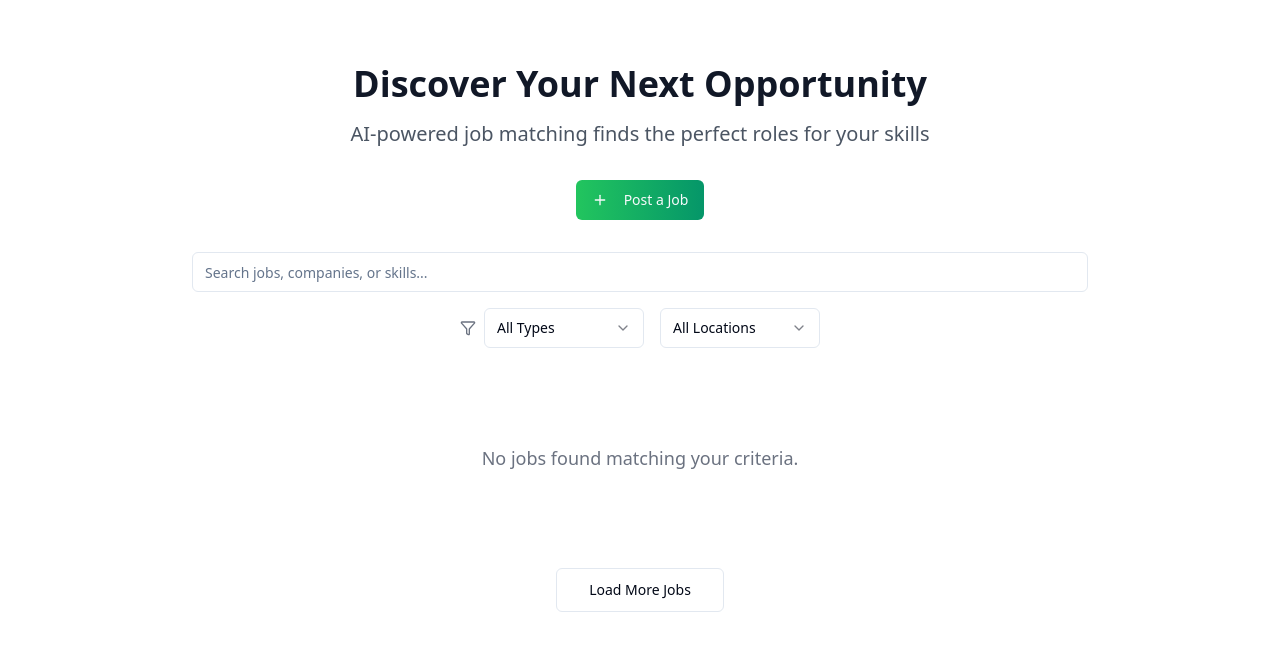
Repository: anjalikumari2207/connect-career-future
Page: /jobs (app in client/)
An editor plug-in stored every save of this project. The page is shown before and after the next save, followed by the edit.
The browser window is 1280 px wide. The pictures show the whole page.
The page's requests for data from a server got no answer. The project was rebuilt for these pictures with package versions that can differ from the ones it lists, and the page was loaded fresh each time. No one was signed in, and anything a server would have sent is missing. Also part of the build but not shown: client/vite.config.ts, client/src/components/ui/tooltip.tsx, client/src/components/ui/card.tsx, client/src/components/ui/badge.tsx, client/src/components/ui/avatar.tsx, client/src/components/Navigation.tsx, client/src/components/HeroSection.tsx, client/src/components/JobFeed.tsx and 8 more. Imported but missing from the stored project, and not drawn on this page: client/src/components/AIFeatures, client/src/components/WalletConnect.

Above is the page before, as saved 2025-07-08 01:04:13.

After the next save:
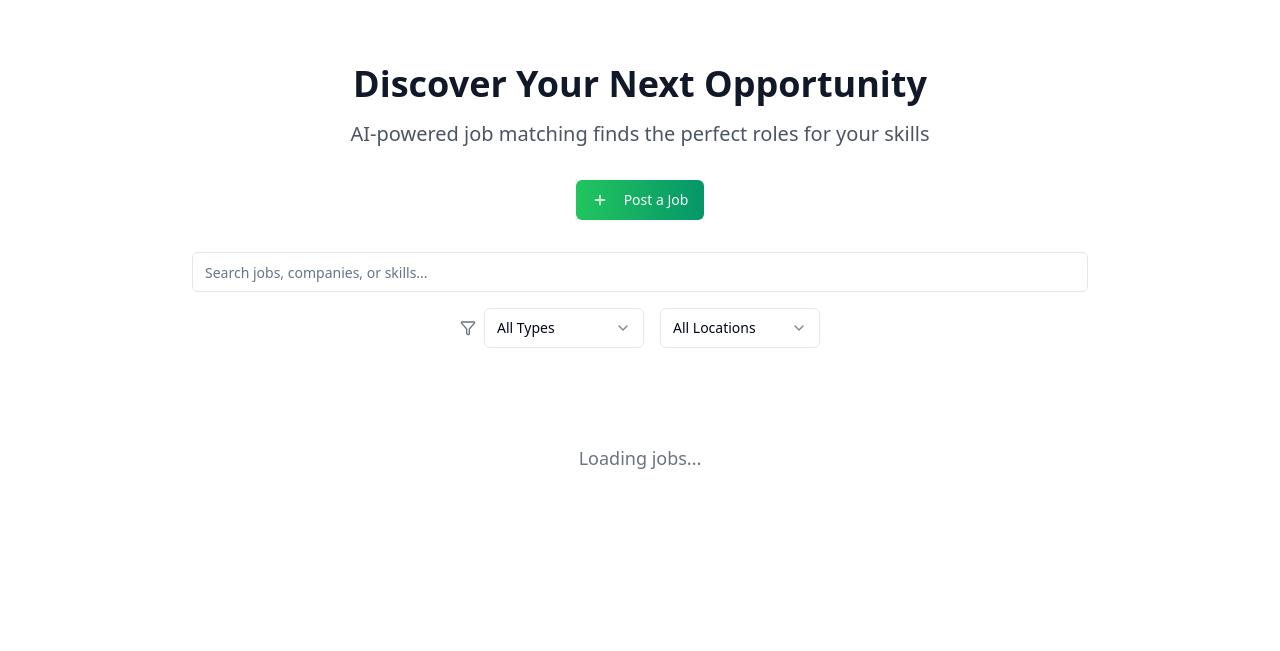
Saved 6 min 54 s later.
--- a/client/src/pages/JobFeed.tsx
+++ b/client/src/pages/JobFeed.tsx
@@ -17,11 +17,9 @@ import {
   SelectValue,
 } from "@/components/ui/select";
 import { Filter, Plus, Zap } from "lucide-react";
-import { useEffect, useState } from "react";
-import axios from "@/api/axios";
+import { useState } from "react";
 import { useQuery } from "@tanstack/react-query";
 import { fetchJobs } from "@/api/job";
-
 
 interface JobFeedProps {
   onPostJob?: () => void;
@@ -31,27 +29,14 @@ const JobFeed = ({ onPostJob }: JobFeedProps) => {
   const [searchTerm, setSearchTerm] = useState("");
   const [jobType, setJobType] = useState("all");
   const [location, setLocation] = useState("all");
-  const [jobs, setJobs] = useState<any[]>([]);
-  const [loading, setLoading] = useState(true);
-
-  // 🔁 Fetch jobs from backend
-  useEffect(() => {
-    const fetchJobs = async () => {
-      try {
-        const res = await axios.get("/jobs");
-        setJobs(res.data);
-      } catch (err) {
-        console.error("Failed to fetch jobs", err);
-      } finally {
-        setLoading(false);
-      }
-    };
-
-    fetchJobs();
-  }, []);
-
-  // 🔍 Filter logic
-  const filteredJobs = jobs.filter((job) => {
+
+  const {
+    data: jobs = [],
+    isLoading,
+    isError,
+  } = useQuery({ queryKey: ["jobs"], queryFn: fetchJobs });
+
+  const filteredJobs = jobs.filter((job: any) => {
     const matchesSearch =
       job.title?.toLowerCase().includes(searchTerm.toLowerCase()) ||
       job.company?.toLowerCase().includes(searchTerm.toLowerCase()) ||
@@ -131,15 +116,18 @@ const JobFeed = ({ onPostJob }: JobFeedProps) => {
           </div>
         </div>
 
-        {/* 🔄 Loading state */}
-        {loading ? (
+        {isLoading ? (
           <div className="text-center py-12">
             <p className="text-gray-500 text-lg">Loading jobs...</p>
+          </div>
+        ) : isError ? (
+          <div className="text-center py-12">
+            <p className="text-red-500 text-lg">Failed to load jobs.</p>
           </div>
         ) : (
           <>
             <div className="grid gap-6">
-              {filteredJobs.map((job) => (
+              {filteredJobs.map((job: any) => (
                 <Card
                   key={job._id}
                   className="hover:shadow-lg transition-all duration-300 border-0 bg-white/80 backdrop-blur-sm"
@@ -166,8 +154,7 @@ const JobFeed = ({ onPostJob }: JobFeedProps) => {
                               {job.company} • {job.location}
                             </p>
                             <p className="text-sm text-gray-500">
-                              Posted{" "}
-                              {job.createdAt
+                              Posted {job.createdAt
                                 ? new Date(job.createdAt).toLocaleDateString()
                                 : "N/A"}
                             </p>
@@ -182,8 +169,8 @@ const JobFeed = ({ onPostJob }: JobFeedProps) => {
                         <div className="flex items-center gap-2 mb-2">
                           <Zap className="w-4 h-4 text-yellow-500" />
                           <span className="text-sm font-medium text-yellow-600">
-                            {job.aiMatch || Math.floor(Math.random() * 21 + 80)}
-                            % match
+                            {job.aiMatch || Math.floor(Math.random() * 21 + 80)}%
+                            match
                           </span>
                         </div>
                         <p className="text-lg font-semibold text-green-600">
